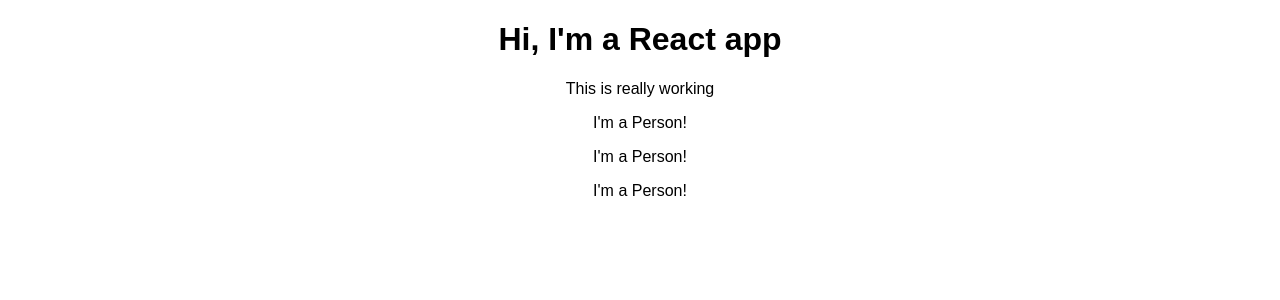
Repository: cristinadoroftei/FirstReactProject
Page: /
An editor plug-in stored every save of this project. The page is shown before and after the next save, followed by the edit.
The browser window is 1280 px wide. The pictures show the whole page.
The project was rebuilt for these pictures with package versions that can differ from the ones it lists, and the page was loaded fresh each time.

Above is the page before, as saved 2020-07-08 09:39:35.

### src/App.js
//import React which is responsible for rendering things in the DOM and Component to extend the Component class
import React, { Component } from 'react';
import './App.css';
import Person from './Person/Person.js'


class App extends Component {
  render() {
    return (
      <div className="App">
        <h1>Hi, I'm a React app</h1>
        <p>This is really working</p>
        <Person />
        <Person />
        <Person />
      </div>
    );
    // return React.createElement('div', null, React.createElement('h1', {className: 'App'}, 'Hi, Im a react app!') )
  }
}

export default App;

### src/Person/Person.js
import React from 'react';


const person = () => {
    return <p>I'm a Person!</p>
};


export default person;

Loaded but not shown: public/index.html (common file); src/index.js (common file); src/index.css (common file); src/registerServiceWorker.js (common file); src/App.css (common file)

After the next save:
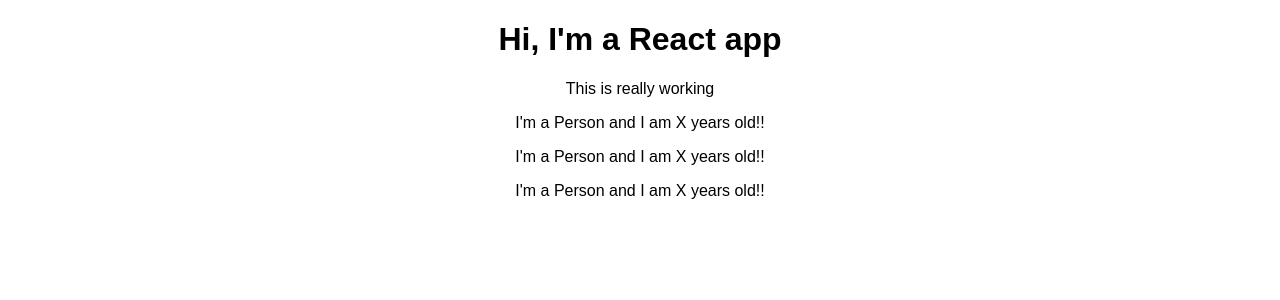
Saved 46 s later.
--- a/src/Person/Person.js
+++ b/src/Person/Person.js
@@ -2,7 +2,7 @@ import React from 'react';
 
 
 const person = () => {
-    return <p>I'm a Person!</p>
+    return <p>I'm a Person and I am X years old!!</p>
 };
 
 
